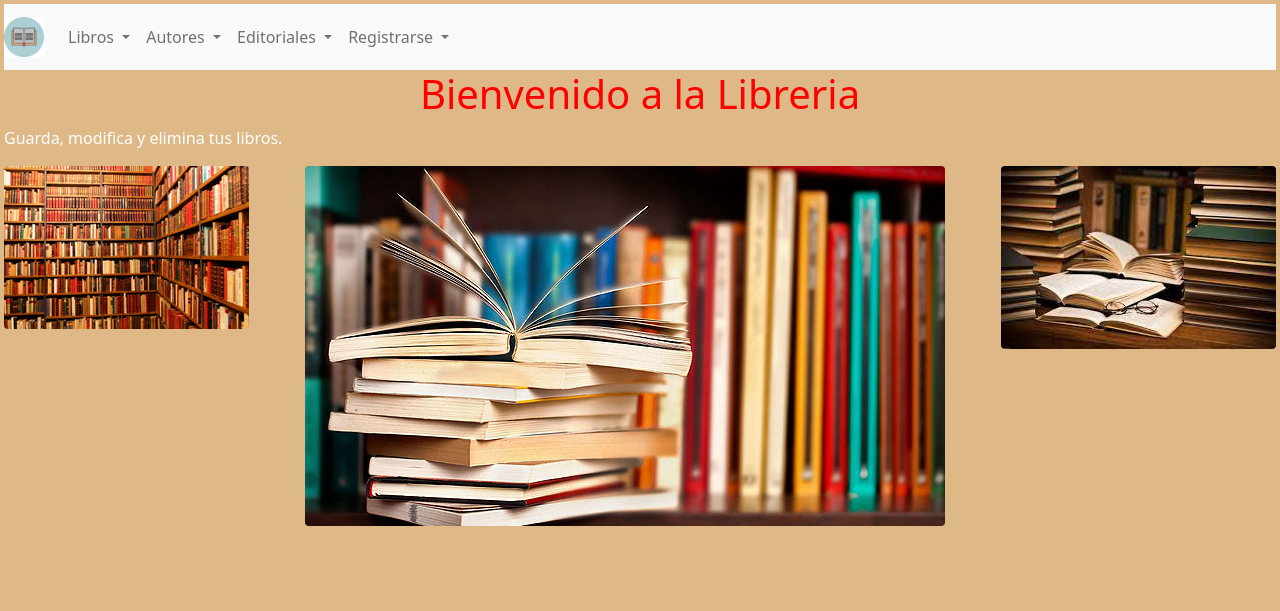
Repository: frnalonso/libreria
Page: src/main/resources/templates/index.html
An editor plug-in stored every save of this project. The page is shown before and after the next save, followed by the edit.
The browser window is 1280 px wide. The pictures show the whole page.

Above is the page before, as saved 2021-12-03 02:59:34.

After the next save:
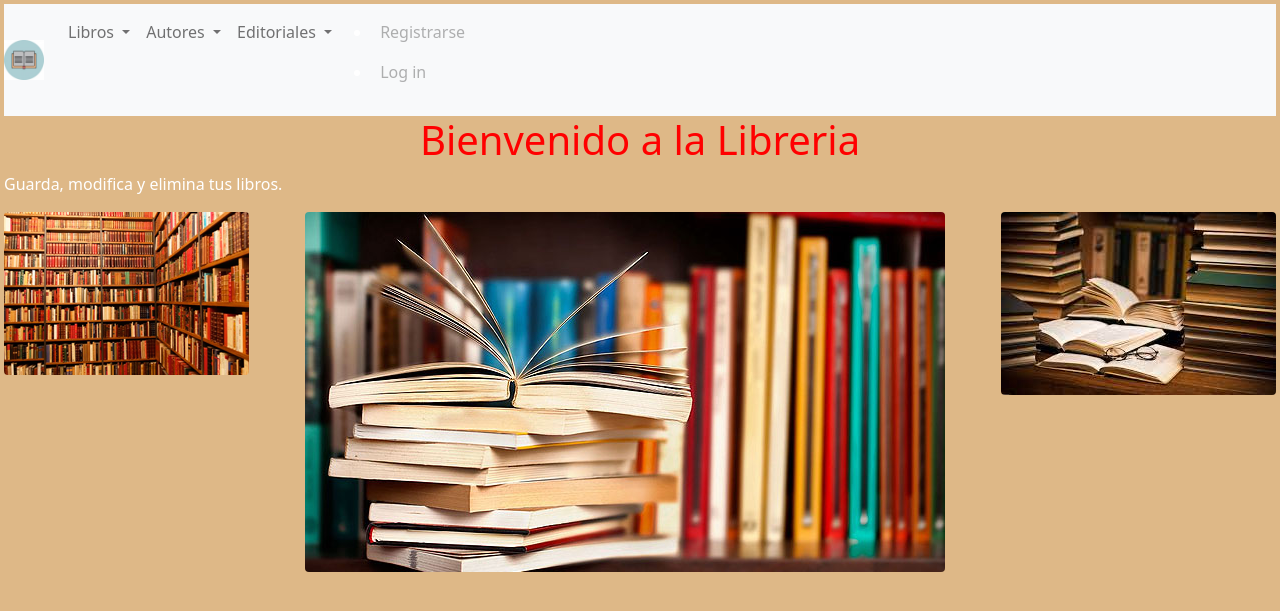
Saved 20 s later.
--- a/src/main/resources/templates/index.html
+++ b/src/main/resources/templates/index.html
@@ -47,11 +47,12 @@
                 <li><a class="dropdown-item" href="/editorial/mostrarEditoriales">Ver Editoriales</a></li>
               </ul>
             </li>
-            <li class="nav navbar-nav pull-xs-right">
-              <a class="nav-link dropdown-toggle" href="#" id="navbarDropdown" role="button" data-bs-toggle="dropdown" aria-expanded="false">
-                Registrarse
-              </a>
-            </li>
+
+              <ul>
+                <li><a class="nav-item nav-link disabled" href="Log in">Registrarse</a></li>
+                <li><a class="nav-item nav-link disabled" href="Log in">Log in</a></li>
+              </ul>
+
 
           </div>
         </div>

After the save that followed:
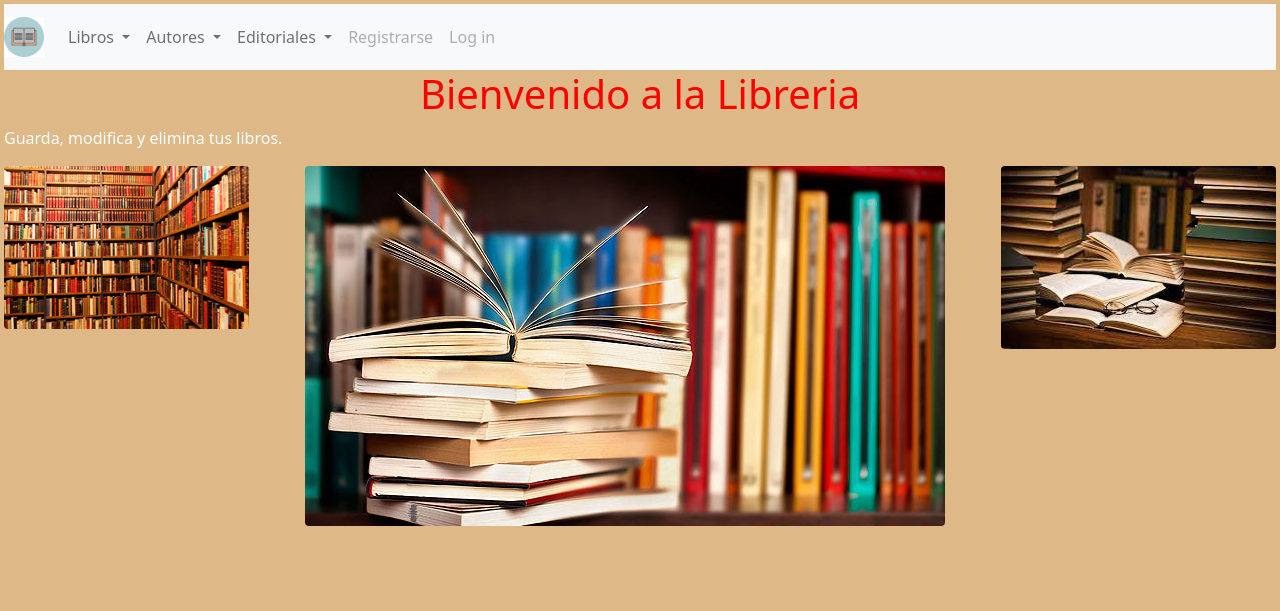
Saved 12 s later.
--- a/src/main/resources/templates/index.html
+++ b/src/main/resources/templates/index.html
@@ -47,13 +47,8 @@
                 <li><a class="dropdown-item" href="/editorial/mostrarEditoriales">Ver Editoriales</a></li>
               </ul>
             </li>
-
-              <ul>
-                <li><a class="nav-item nav-link disabled" href="Log in">Registrarse</a></li>
-                <li><a class="nav-item nav-link disabled" href="Log in">Log in</a></li>
-              </ul>
-
-
+            <a class="nav-item nav-link disabled" href="Log in">Registrarse</a>
+            <a class="nav-item nav-link disabled" href="Log in">Log in</a>
           </div>
         </div>
       </nav>
